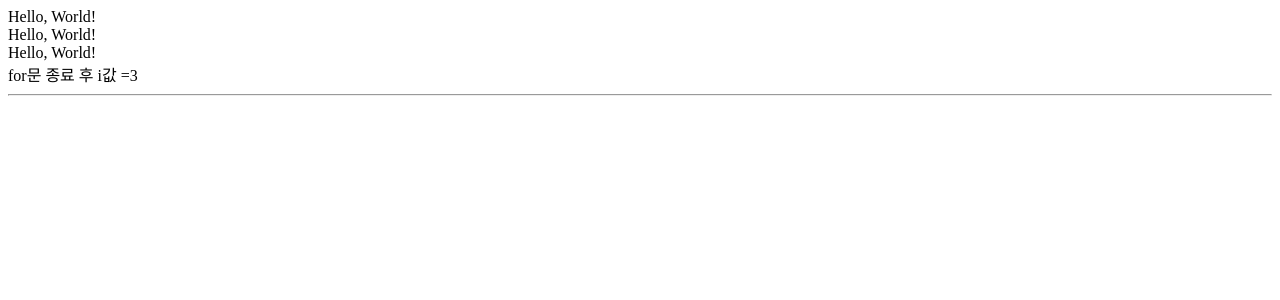
Repository: KimMinseooo/itwillStudy
Page: BACKEND/JSP/workspace_jsp/StudyJavascript/src/main/webapp/js04_1031/test10.html
The author's editor kept a copy of each file at every save. The page is drawn from the files as they stood at one save, then again after the next save.
The browser window is 1280 px wide. The pictures show the whole page.

Above is the page before, as saved 2024-10-31 00:36:50.

After the next save:
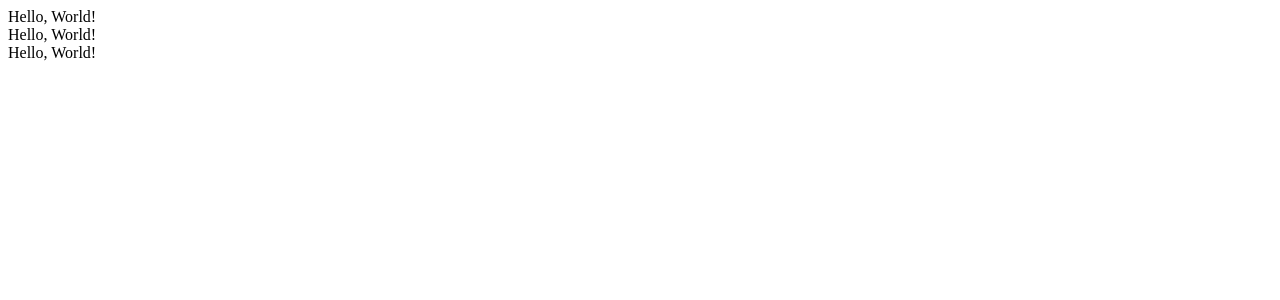
Console error: ReferenceError: i is not defined
Saved 2 min 3 s later.
--- a/BACKEND/JSP/workspace_jsp/StudyJavascript/src/main/webapp/js04_1031/test10.html
+++ b/BACKEND/JSP/workspace_jsp/StudyJavascript/src/main/webapp/js04_1031/test10.html
@@ -30,8 +30,9 @@
 
 *
 */
-	let i =0;
-	for (; i<3; i++) {
+
+	for (let i =0; i<3; i++) {
+		debugger;
 		document.write("Hello, World!<br>");
 	}
 
@@ -40,7 +41,7 @@
 	document.write("for문 종료 후 i값 =" +i);
 	document.write("<hr>");
 
-
+	//
 
 </script>
 </head>

After the save that followed:
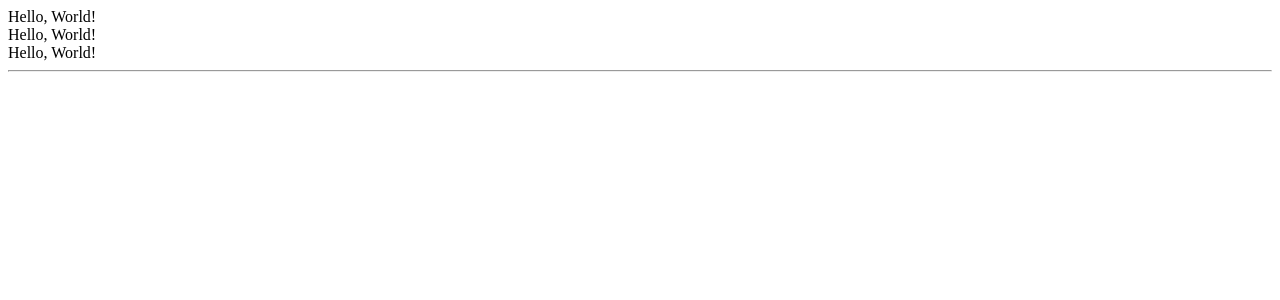
The error is gone.
Saved 110 s later.
--- a/BACKEND/JSP/workspace_jsp/StudyJavascript/src/main/webapp/js04_1031/test10.html
+++ b/BACKEND/JSP/workspace_jsp/StudyJavascript/src/main/webapp/js04_1031/test10.html
@@ -38,7 +38,7 @@
 
 	// 주의! for문 등의 중괄호 외부에서 중괄호 내부의 변수값에 접근하려면
 	// let 대신 var를 통해 변수 선언이 필요하다!
-	document.write("for문 종료 후 i값 =" +i);
+// 	document.write("for문 종료 후 i값 =" +i);
 	document.write("<hr>");
 
 	//
